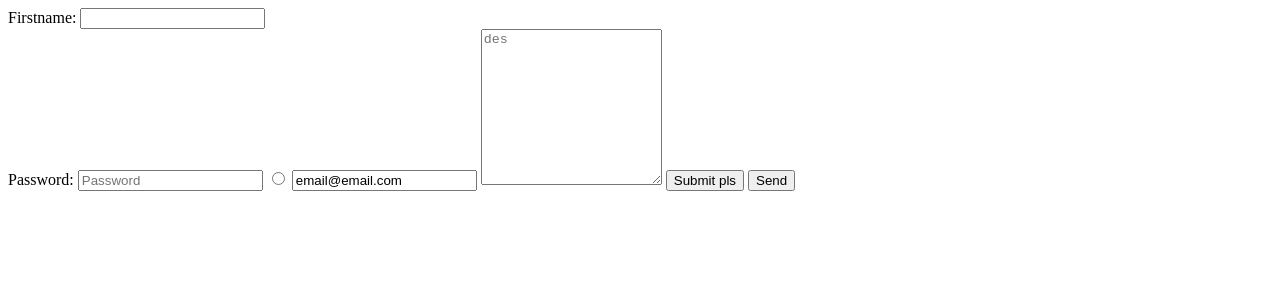
Repository: Tranghii/HTML-CSS
Page: HTML&CSS/form.html
The author's editor kept a copy of each file at every save. The page is drawn from the files as they stood at one save, then again after the next save.
The browser window is 1280 px wide. The pictures show the whole page.

Above is the page before, as saved 2025-10-11 17:16:49.

### HTML&CSS/form.html
<!DOCTYPE html>
<html lang="en">
<head>
    <meta charset="UTF-8">
    <meta name="viewport" content="width=device-width, initial-scale=1.0">
    <title>FORM</title>
</head>
<body>
    <form action="">
        <label for="">Firstname:</label>
        <input type="text" name="name" id="name">
        <br>
        <label for="">Password:</label>
        <input type="Password" name="pass" id="pass" placeholder="Password">
        <input type="radio" name="gender" id="gender" placeholder="gender">

        <input type="email" name="email" id="email" value="email@email.com" placeholder="email">
        <textarea name="des" id="des" placeholder="des" cols="20" rows="10"></textarea>
   <input type="submit" value="Submit pls" >
   <button type="submit" > Send</button>


    </form>
</body>
</html>

After the next save:
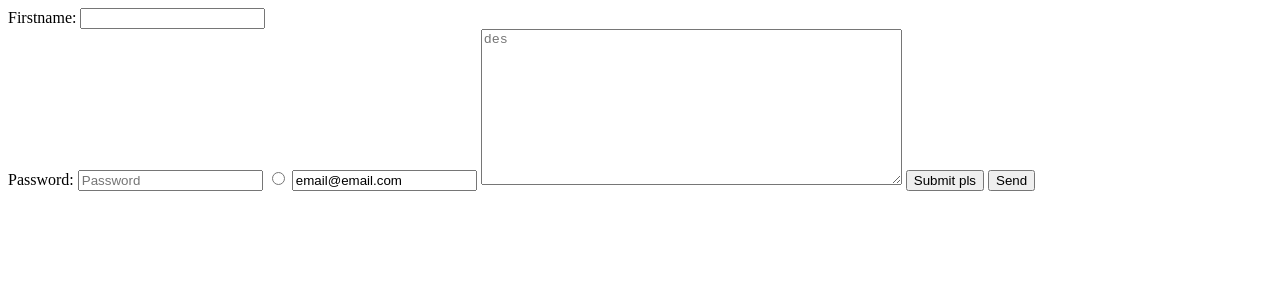
Saved 11 s later.
--- a/HTML&CSS/form.html
+++ b/HTML&CSS/form.html
@@ -15,7 +15,7 @@
         <input type="radio" name="gender" id="gender" placeholder="gender">
 
         <input type="email" name="email" id="email" value="email@email.com" placeholder="email">
-        <textarea name="des" id="des" placeholder="des" cols="20" rows="10"></textarea>
+        <textarea name="des" id="des" placeholder="des" cols="50" rows="10"></textarea>
    <input type="submit" value="Submit pls" >
    <button type="submit" > Send</button>
 
